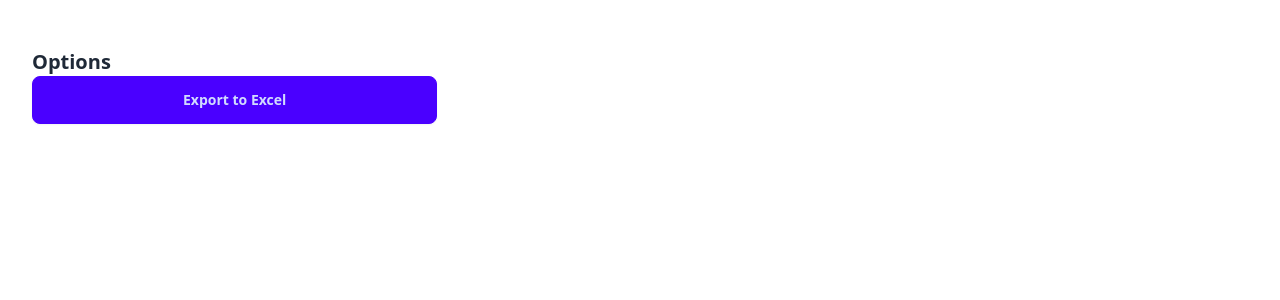
Repository: khulqu15/khafsin_server
Page: http://localhost/
These files come from the project's save history. The page is drawn as it stood at one moment and after the next save; the edit follows.
The browser window is 1280 px wide. The pictures show the whole page.
Some web libraries are served in a nearby version. The page is served by the project's Laravel application, run on PHP 8.4 with Laravel 12. Queries for data that is not in the repository find no rows.

Above is the page before, as saved 2024-10-25 02:49:26.

After the next save:
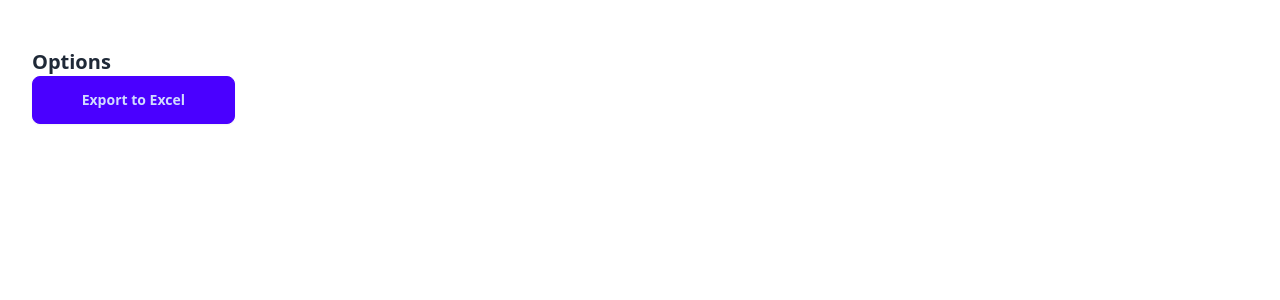
Saved 8 s later.
--- a/resources/views/welcome.blade.php
+++ b/resources/views/welcome.blade.php
@@ -12,7 +12,7 @@
     <body>
         <div class="container mx-auto w-full min-h-screen py-12 px-8">
             <div class="w-full grid grid-cols-6">
-                <div class="md:col-span-2 col-span-6">
+                <div class="md:col-span-1 col-span-6">
                     <h2 class="text-xl font-bold">Options</h2>
                     <button class="btn btn-primary w-full">Export to Excel</button>
                 </div>
